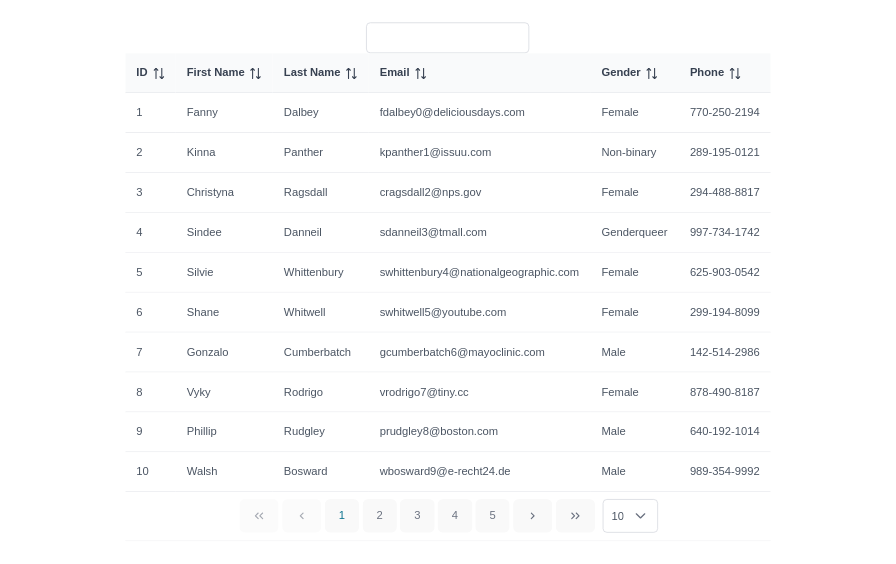
Repository: YingCG/search-sort-object
Page: / (app in filter-through-results/)
These files come from the project's save history. The page is drawn as it stood at one moment and after the next save; the edit follows.
The browser window is 1280 px wide. The pictures show the part of the page from y = 0 to 1920 px (the page is 805 px tall before and 3043 px after), at 70% of full size.
Some web fonts or font styles are not loaded; a fallback is used. The project was rebuilt for these pictures with package versions that can differ from the ones it lists, and the page was loaded fresh each time. Also part of the build but not shown: filter-through-results/vite.config.js, filter-through-results/src/SearchAnything.jsx, filter-through-results/src/SortableTable.jsx.

Above is the page before, as saved 2024-02-27 16:13:47.

### filter-through-results/src/App.jsx
import "./App.css";
import Search from "./Search.jsx";
import SearchAnything from "./SearchAnything.jsx";
import SortableTable from "./SortableTable.jsx";
import DynamicTable from "./DynamicTable.jsx";

function App() {
  return (
    <>
      {/* <Search /> */}
      {/* <SearchAnything /> */}
      <DynamicTable />
    </>
  );
}

export default App;

### filter-through-results/src/DynamicTable.jsx
import React, { useState } from "react";
import { DataTable } from "primereact/datatable";
import { Column } from "primereact/column";
import "primereact/resources/themes/lara-light-cyan/theme.css";
import "primereact/resources/primereact.min.css";
import { users } from "./data.js";
import { FilterMatchMode } from "primereact/api";
import { InputText } from "primereact/inputtext";

function DynamicTable() {
  const [filters, setFilters] = useState({
    global: { value: null, matchMode: FilterMatchMode.CONTAINS },
  });

  return (
    <div>
      <InputText
        onInput={(e) =>
          setFilters({
            ...filters,
            global: {
              value: e.target.value,
              matchMode: FilterMatchMode.CONTAINS,
            },
          })
        }
      />
      <DataTable
        value={users}
        sortMode="multiple"
        filters={filters}
        paginator
        rows={10}
        rowsPerPageOptions={[3, 5, 10]}
        totalRecords={100}
      >
        <Column field="id" header="ID" sortable />
        <Column field="first_name" header="First Name" sortable />
        <Column field="last_name" header="Last Name" sortable />
        <Column field="email" header="Email" sortable />
        <Column field="gender" header="Gender" sortable />
        <Column field="phone" header="Phone" sortable />
      </DataTable>
    </div>
  );
}

export default DynamicTable;

### filter-through-results/src/data.js
export const users = [
  {
    id: 1,
    first_name: "Fanny",
    last_name: "Dalbey",
    email: "fdalbey0@deliciousdays.com",
    gender: "Female",
    phone: "770-250-2194",
  },
  {
    id: 2,
    first_name: "Kinna",
    last_name: "Panther",
    email: "kpanther1@issuu.com",
    gender: "Non-binary",
    phone: "289-195-0121",
  },
  {
    id: 3,
    first_name: "Christyna",
    last_name: "Ragsdall",
    email: "cragsdall2@nps.gov",
    gender: "Female",
    phone: "294-488-8817",
  },
  {
    id: 4,
    first_name: "Sindee",
    last_name: "Danneil",
    email: "sdanneil3@tmall.com",
    gender: "Genderqueer",
    phone: "997-734-1742",
  },
  {
    id: 5,
    first_name: "Silvie",
    last_name: "Whittenbury",
    email: "swhittenbury4@nationalgeographic.com",
    gender: "Female",
    phone: "625-903-0542",
  },
  {
    id: 6,
    first_name: "Shane",
    last_name: "Whitwell",
    email: "swhitwell5@youtube.com",
    gender: "Female",
    phone: "299-194-8099",
  },
  {
    id: 7,
    first_name: "Gonzalo",
    last_name: "Cumberbatch",
    email: "gcumberbatch6@mayoclinic.com",
    gender: "Male",
    phone: "142-514-2986",
  },
  {
    id: 8,
    first_name: "Vyky",
    last_name: "Rodrigo",
    email: "vrodrigo7@tiny.cc",
    gender: "Female",
    phone: "878-490-8187",
  },
  {
    id: 9,
    first_name: "Phillip",
    last_name: "Rudgley",
    email: "prudgley8@boston.com",
    gender: "Male",
    phone: "640-192-1014",
  },
  {
    id: 10,
    first_name: "Walsh",
    last_name: "Bosward",
    email: "wbosward9@e-recht24.de",
    gender: "Male",
    phone: "989-354-9992",
  },
  {
    id: 11,
    first_name: "Celesta",
    last_name: "Hooke",
    email: "chookea@blogtalkradio.com",
    gender: "Female",
    phone: "758-258-3167",
  },
  {
    id: 12,
    first_name: "Chastity",
    last_name: "Daldan",
    email: "cdaldanb@yahoo.com",
    gender: "Female",
    phone: "638-591-6728",
  },
  {
    id: 13,
    first_name: "Uta",
    last_name: "Winslett",
    email: "uwinslettc@facebook.com",
    gender: "Female",
    phone: "826-428-0415",
  },
  {
    id: 14,
    first_name: "Emmanuel",
    last_name: "Wandtke",
    email: "ewandtked@si.edu",
    gender: "Male",
    phone: "130-723-5069",
  },
  {
    id: 15,
    first_name: "Kalie",
    last_name: "Sailer",
    email: "ksailere@discovery.com",
    gender: "Female",
    phone: "486-796-4669",
  },
  {
    id: 16,
    first_name: "Elaine",
    last_name: "Bullock",
    email: "ebullockf@ihg.com",
    gender: "Female",
    phone: "725-934-6776",
  },
  {
    id: 17,
    first_name: "Johnna",
    last_name: "Fulloway",
    email: "jfullowayg@sakura.ne.jp",
    gender: "Female",
    phone: "919-754-6500",
  },
  {
    id: 18,
    first_name: "Nat",
    last_name: "Bonome",
    email: "nbonomeh@icq.com",
    gender: "Female",
    phone: "231-440-6456",
  },
  {
    id: 19,
    first_name: "Ario",
    last_name: "Westgarth",
    email: "awestgarthi@skyrock.com",
    gender: "Male",
    phone: "891-458-5839",
  },
  {
    id: 20,
    first_name: "Alfonse",
    last_name: "De la Feld",
    email: "adelafeldj@huffingtonpost.com",
    gender: "Male",
    phone: "440-371-4585",
  },
  {
    id: 21,
    first_name: "Bonnee",
    last_name: "Patient",
    email: "bpatientk@webeden.co.uk",
    gender: "Genderfluid",
    phone: "586-156-4621",
  },
  {
    id: 22,
    first_name: "Lyman",
    last_name: "Leil",
    email: "lleill@istockphoto.com",
    gender: "Male",
    phone: "656-504-0654",
  },
  {
    id: 23,
    first_name: "Nerty",
    last_name: "Caddock",
    email: "ncaddockm@sciencedaily.com",
    gender: "Female",
    phone: "448-751-4934",
  },
  {
    id: 24,
    first_name: "Tisha",
    last_name: "Cromb",
    email: "tcrombn@google.com",
    gender: "Female",
    phone: "551-830-4525",
  },
  {
    id: 25,
    first_name: "Inez",
    last_name: "Wormleighton",
    email: "iwormleightono@bloglines.com",
    gender: "Female",
    phone: "294-173-1763",
  },
  {
    id: 26,
    first_name: "Hasheem",
    last_name: "Wattam",
    email: "hwattamp@dion.ne.jp",
    gender: "Male",
    phone: "792-379-8765",
  },
  {
    id: 27,
    first_name: "Maude",
    last_name: "Odhams",
    email: "modhamsq@phoca.cz",
    gender: "Female",
    phone: "512-961-8434",
  },
  {
    id: 28,
    first_name: "Sandro",
    last_name: "Geke",
    email: "sgeker@desdev.cn",
    gender: "Male",
    phone: "662-477-5975",
  },
  {
    id: 29,
    first_name: "Rori",
    last_name: "Henighan",
    email: "rhenighans@yelp.com",
    gender: "Female",
    phone: "214-980-7565",
  },
  {
    id: 30,
    first_name: "Faber",
    last_name: "Rutherfoord",
    email: "frutherfoordt@aol.com",
    gender: "Male",
    phone: "468-267-0282",
  },
  {
    id: 31,
    first_name: "Nowell",
    last_name: "Budcock",
    email: "nbudcocku@weibo.com",
    gender: "Male",
    phone: "867-404-1257",
  },
  {
    id: 32,
    first_name: "Elsbeth",
    last_name: "Moraleda",
    email: "emoraledav@squidoo.com",
    gender: "Female",
    phone: "516-494-9686",
  },
  {
    id: 33,
    first_name: "Norton",
    last_name: "Farge",
    email: "nfargew@163.com",
    gender: "Male",
    phone: "994-361-6463",
  },
  {
    id: 34,
    first_name: "Tedman",
    last_name: "Gavaran",
    email: "tgavaranx@naver.com",
    gender: "Male",
    phone: "133-342-5580",
  },
  {
    id: 35,
    first_name: "Bibby",
    last_name: "Conelly",
    email: "bconellyy@umn.edu",
    gender: "Genderfluid",
    phone: "209-528-0078",
  },
  {
    id: 36,
    first_name: "Lyn",
    last_name: "Manketell",
    email: "lmanketellz@harvard.edu",
    gender: "Female",
    phone: "421-288-9548",
  },
  {
    id: 37,
    first_name: "Ody",
    last_name: "Heiton",
    email: "oheiton10@telegraph.co.uk",
    gender: "Male",
    phone: "927-607-7477",
  },
  {
    id: 38,
    first_name: "Ode",
    last_name: "Jansen",
    email: "ojansen11@purevolume.com",
    gender: "Male",
    phone: "946-773-7904",
  },
  {
    id: 39,
    first_name: "Annecorinne",
    last_name: "Durrant",
    email: "adurrant12@qq.com",
    gender: "Female",
    phone: "855-309-6815",
  },
  {
    id: 40,
    first_name: "Andreana",
    last_name: "Summons",
    email: "asummons13@miibeian.gov.cn",
    gender: "Female",
    phone: "209-261-6317",
  },
  {
    id: 41,
    first_name: "Blinnie",
    last_name: "Carff",
    email: "bcarff14@tinyurl.com",
    gender: "Female",
    phone: "886-837-7862",
  },
  {
    id: 42,
    first_name: "Candi",
    last_name: "Isack",
    email: "cisack15@google.it",
    gender: "Female",
    phone: "149-445-7411",
  },
  {
    id: 43,
    first_name: "Sibbie",
    last_name: "Artrick",
    email: "sartrick16@cbc.ca",
    gender: "Female",
    phone: "877-264-2663",
  },
  {
    id: 44,
    first_name: "Kelsi",
    last_name: "Pigram",
    email: "kpigram17@nyu.edu",
    gender: "Female",
    phone: "723-403-2426",
  },
  {
    id: 45,
    first_name: "Rafi",
    last_name: "Zimmerman",
    email: "rzimmerman18@vistaprint.com",
    gender: "Male",
    phone: "663-709-9949",
  },
  {
    id: 46,
    first_name: "Broderick",
    last_name: "Bohlsen",
    email: "bbohlsen19@craigslist.org",
    gender: "Male",
    phone: "151-211-3292",
  },
  {
    id: 47,
    first_name: "Kynthia",
    last_name: "Parell",
    email: "kparell1a@shutterfly.com",
    gender: "Female",
    phone: "896-751-4011",
  },
  {
    id: 48,
    first_name: "Reyna",
    last_name: "Smaridge",
    email: "rsmaridge1b@4shared.com",
    gender: "Female",
    phone: "984-184-2419",
  },
  {
    id: 49,
    first_name: "Vic",
    last_name: "Lempke",
    email: "vlempke1c@prweb.com",
    gender: "Male",
    phone: "352-819-0540",
  },
  {
    id: 50,
    first_name: "Gerri",
    last_name: "Radcliffe",
    email: "gradcliffe1d@dailymotion.com",
    gender: "Female",
    phone: "150-689-9235",
  },
  {
    id: 51,
    first_name: "Guillaume",
    last_name: "Dolphin",
    email: "gdolphin1e@xinhuanet.com",
    gender: "Male",
    phone: "671-247-9911",
  },
  {
    id: 52,
    first_name: "Charlie",
    last_name: "Vasyunichev",
    email: "cvasyunichev1f@shinystat.com",
    gender: "Male",
    phone: "260-795-4218",
  },
  {
    id: 53,
    first_name: "Edd",
    last_name: "Cristou",
    email: "ecristou1g@live.com",
    gender: "Male",
    phone: "130-169-1701",
  },
  {
    id: 54,
    first_name: "Dew",
    last_name: "Pandie",
    email: "dpandie1h@dagondesign.com",
    gender: "Male",
    phone: "392-826-8464",
  },
  {
    id: 55,
    first_name: "Joya",
    last_name: "Cranton",
    email: "jcranton1i@hud.gov",
    gender: "Female",
    phone: "147-262-8119",
  },
  {
    id: 56,
    first_name: "Avivah",
    last_name: "Lacroux",
    email: "alacroux1j@wufoo.com",
    gender: "Female",
    phone: "872-871-1147",
  },
  {
    id: 57,
    first_name: "Beverley",
    last_name: "Normanell",
    email: "bnormanell1k@bluehost.com",
    gender: "Female",
    phone: "716-903-4198",
  },
  {
    id: 58,
    first_name: "Wynne",
    last_name: "Thickpenny",
    email: "wthickpenny1l@cnbc.com",
    gender: "Female",
    phone: "494-389-0992",
  },
  {
    id: 59,
    first_name: "Panchito",
    last_name: "Teall",
    email: "pteall1m@nhs.uk",
    gender: "Male",
    phone: "809-227-3642",
  },
  {
    id: 60,
    first_name: "Ellwood",
    last_name: "Kupisz",
    email: "ekupisz1n@trellian.com",
    gender: "Male",
    phone: "617-415-6331",
  },
  {
    id: 61,
    first_name: "Waldemar",
    last_name: "Watkin",
    email: "wwatkin1o@wordpress.org",
    gender: "Male",
    phone: "849-442-9850",
  },
  {
    id: 62,
    first_name: "Sophey",
    last_name: "Nani",
    email: "snani1p@friendfeed.com",
    gender: "Female",
    phone: "163-154-4544",
  },
  {
    id: 63,
    first_name: "Elton",
    last_name: "Guitt",
    email: "eguitt1q@salon.com",
    gender: "Male",
    phone: "973-462-7303",
  },
  {
    id: 64,
    first_name: "Laurella",
    last_name: "Adamovsky",
    email: "ladamovsky1r@elpais.com",
    gender: "Female",
    phone: "772-338-4733",
  },
  {
    id: 65,
    first_name: "Gale",
    last_name: "Kopelman",
    email: "gkopelman1s@cdc.gov",
    gender: "Female",
    phone: "840-597-2844",
  },
  {
    id: 66,
    first_name: "Datha",
    last_name: "Roach",
    email: "droach1t@live.com",
    gender: "Bigender",
    phone: "439-950-0317",
  },
  {
    id: 67,
    first_name: "Marijn",
    last_name: "Stonhard",
    email: "mstonhard1u@google.pl",
    gender: "Male",
    phone: "754-819-1205",
  },
  {
    id: 68,
    first_name: "Nicky",
    last_name: "Boar",
    email: "nboar1v@toplist.cz",
    gender: "Male",
    phone: "228-612-2358",
  },
  {
    id: 69,
    first_name: "Dollie",
    last_name: "Bettenay",
    email: "dbettenay1w@timesonline.co.uk",
    gender: "Genderqueer",
    phone: "406-472-4662",
  },
  {
    id: 70,
    first_name: "Alexine",
    last_name: "Myderscough",
    email: "amyderscough1x@mac.com",
    gender: "Female",
    phone: "414-721-0547",
  },
  {
    id: 71,
    first_name: "Kev",
    last_name: "Hassett",
    email: "khassett1y@abc.net.au",
    gender: "Non-binary",
    phone: "449-710-4439",
  },
  {
    id: 72,
    first_name: "Ermin",
    last_name: "Hearne",
    email: "ehearne1z@bloomberg.com",
    gender: "Male",
    phone: "905-421-4773",
  },
  {
    id: 73,
    first_name: "Gerick",
    last_name: "Reeks",
    email: "greeks20@alexa.com",
    gender: "Male",
    phone: "606-416-5596",
  },
  {
    id: 74,
    first_name: "Christina",
    last_name: "Clousley",
    email: "cclousley21@bluehost.com",
    gender: "Female",
    phone: "201-537-6638",
  },
  {
    id: 75,
    first_name: "Therine",
    last_name: "Niland",
    email: "tniland22@shop-pro.jp",
    gender: "Female",
    phone: "478-268-2170",
  },
  {
    id: 76,
    first_name: "Starlin",
    last_name: "Stronack",
    email: "sstronack23@1und1.de",
    gender: "Female",
    phone: "140-239-8189",
  },
  {
    id: 77,
    first_name: "Beverie",
    last_name: "Fines",
    email: "bfines24@ted.com",
    gender: "Female",
    phone: "470-636-2435",
  },
  {
    id: 78,
    first_name: "Kirbee",
    last_name: "Gigg",
    email: "kgigg25@timesonline.co.uk",
    gender: "Female",
    phone: "776-471-4914",
  },
  {
    id: 79,
    first_name: "Bord",
    last_name: "Folini",
    email: "bfolini26@npr.org",
    gender: "Genderfluid",
    phone: "560-980-2217",
  },
  {
    id: 80,
    first_name: "Joyce",
    last_name: "Joris",
    email: "jjoris27@altervista.org",
    gender: "Female",
    phone: "915-535-2329",
  },
  {
    id: 81,
    first_name: "Laverne",
    last_name: "Wherton",
    email: "lwherton28@weibo.com",
    gender: "Female",
    phone: "591-205-5053",
  },
  {
    id: 82,
    first_name: "Dewie",
    last_name: "Carden",
    email: "dcarden29@mediafire.com",
    gender: "Male",
    phone: "821-350-4892",
  },
  {
    id: 83,
    first_name: "Lotta",
    last_name: "Gillitt",
    email: "lgillitt2a@cnet.com",
    gender: "Female",
    phone: "374-180-7029",
  },
  {
    id: 84,
    first_name: "Johannah",
    last_name: "Turle",
    email: "jturle2b@jigsy.com",
    gender: "Genderqueer",
    phone: "767-706-9894",
  },
  {
    id: 85,
    first_name: "May",
    last_name: "Vynehall",
    email: "mvynehall2c@gmpg.org",
    gender: "Female",
    phone: "235-743-1737",
  },
  {
    id: 86,
    first_name: "Jenine",
    last_name: "Treby",
    email: "jtreby2d@phoca.cz",
    gender: "Female",
    phone: "116-531-3535",
  },
  {
    id: 87,
    first_name: "Angus",
    last_name: "Gerkens",
    email: "agerkens2e@cocolog-nifty.com",
    gender: "Male",
    phone: "582-611-6578",
  },
  {
    id: 88,
    first_name: "Crosby",
    last_name: "Mityushkin",
    email: "cmityushkin2f@hostgator.com",
    gender: "Male",
    phone: "334-617-1276",
  },
  {
    id: 89,
    first_name: "Manda",
    last_name: "Mellenby",
    email: "mmellenby2g@nih.gov",
    gender: "Female",
    phone: "646-665-5394",
  },
  {
    id: 90,
    first_name: "Elmira",
    last_name: "Smithyman",
    email: "esmithyman2h@privacy.gov.au",
    gender: "Female",
    phone: "504-868-6292",
  },
  {
    id: 91,
    first_name: "Dominick",
    last_name: "Doogan",
    email: "ddoogan2i@wordpress.org",
    gender: "Polygender",
    phone: "528-601-7755",
  },
  {
    id: 92,
    first_name: "Reid",
    last_name: "Kach",
    email: "rkach2j@google.es",
    gender: "Male",
    phone: "826-417-3298",
  },
  {
    id: 93,
    first_name: "Giles",
    last_name: "Ludovico",
    email: "gludovico2k@google.es",
    gender: "Male",
    phone: "556-756-8251",
  },
  {
    id: 94,
    first_name: "Pammie",
    last_name: "Botterill",
    email: "pbotterill2l@dagondesign.com",
    gender: "Female",
    phone: "520-813-6138",
  },
  {
    id: 95,
    first_name: "Steffie",
    last_name: "Storrah",
    email: "sstorrah2m@gizmodo.com",
    gender: "Female",
    phone: "670-845-8034",
  },
  {
    id: 96,
    first_name: "Wandie",
    last_name: "Keggins",
    email: "wkeggins2n@utexas.edu",
    gender: "Female",
    phone: "870-950-2640",
  },
  {
    id: 97,
    first_name: "Belinda",
    last_name: "Kier",
    email: "bkier2o@indiegogo.com",
    gender: "Polygender",
    phone: "641-241-3425",
  },
  {
    id: 98,
    first_name: "Joanna",
    last_name: "Pickerell",
    email: "jpickerell2p@ehow.com",
    gender: "Female",
    phone: "742-629-9125",
  },
  {
    id: 99,
    first_name: "Lolly",
    last_name: "Jutson",
    email: "ljutson2q@vistaprint.com",
    gender: "Female",
    phone: "354-823-1156",
  },
  {
    id: 100,
    first_name: "Alyda",
    last_name: "Paulisch",
    email: "apaulisch2r@sogou.com",
    gender: "Genderfluid",
    phone: "678-513-7927",
  },
];

### filter-through-results/src/Search.jsx
import "./App.css";
import { users } from "./data.js";
import { useState } from "react";

function Search() {
  // console.log(users);
  const [search, setSearch] = useState("");
  console.log(search);

  return (
    <>
      <div className="App">
        <h1>Students Contact</h1>
        <form>
          <input
            placeholder="Search Contacts"
            onChange={(e) => setSearch(e.target.value)}
          />
        </form>
        <table>
          <thead>
            <tr>
              <th>ID</th>
              <th>First Name</th>
              <th>Last Name</th>
              <th>Email</th>
              <th>Gender</th>
              <th>Phone</th>
            </tr>
          </thead>
          <tbody>
            {users
              .filter((user) => {
                return search.toLowerCase() === ""
                  ? user
                  : user.first_name.toLowerCase().includes(search);
              })
              .map((user) => (
                <tr key={user.id}>
                  <td>{user.id}</td>
                  <td>{user.first_name}</td>
                  <td>{user.last_name}</td>
                  <td>{user.email}</td>
                  <td>{user.gender}</td>
                  <td>{user.phone}</td>
                </tr>
              ))}
          </tbody>
        </table>
      </div>
    </>
  );
}

export default Search;

Loaded but not shown: filter-through-results/index.html (common file); filter-through-results/src/main.jsx (common file); filter-through-results/src/index.css (common file); filter-through-results/src/App.css (common file)

After the next save:
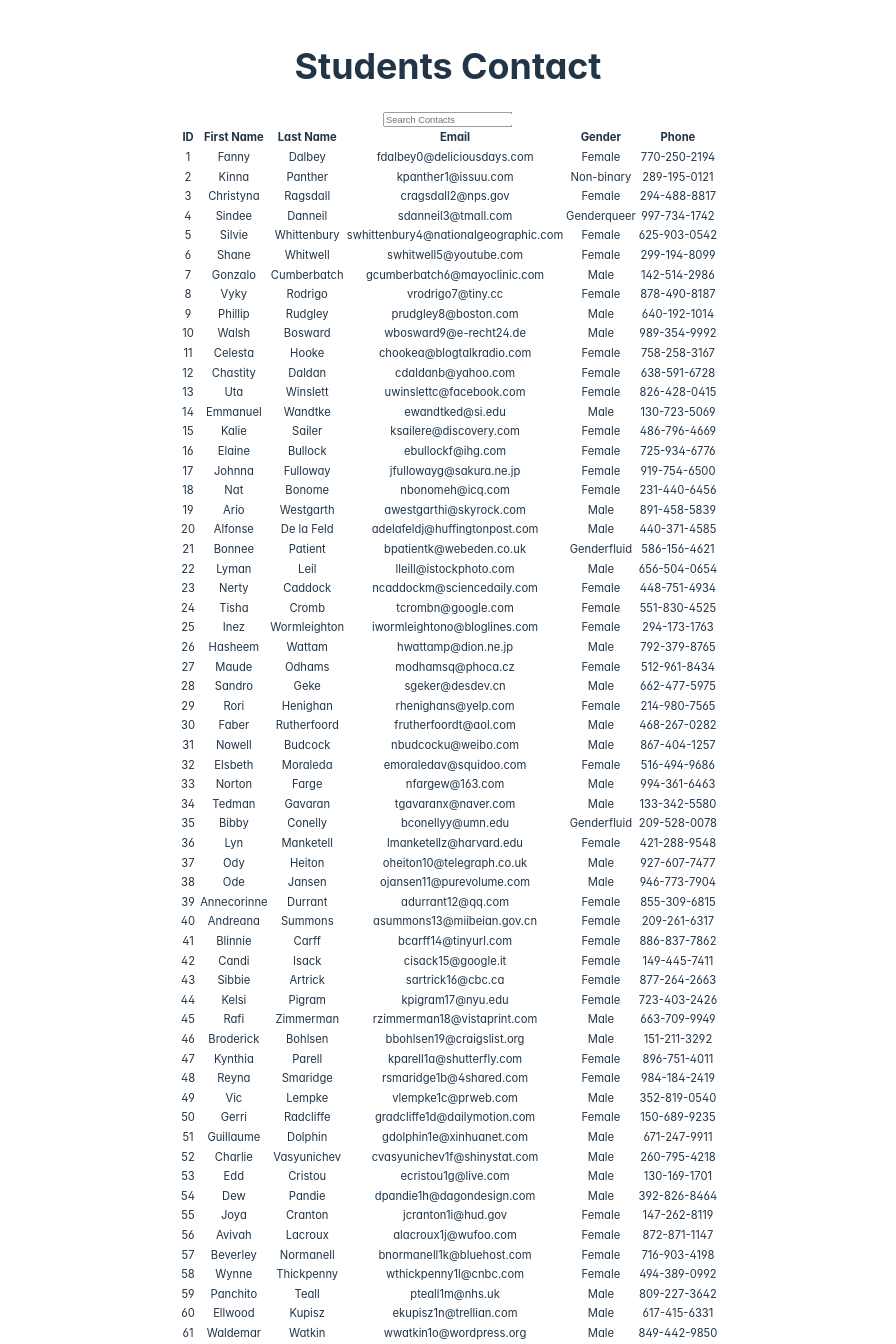
Saved 18 h 17 min later.
--- a/filter-through-results/src/App.jsx
+++ b/filter-through-results/src/App.jsx
@@ -7,9 +7,9 @@ import DynamicTable from "./DynamicTable.jsx";
 function App() {
   return (
     <>
-      {/* <Search /> */}
+      <Search />
       {/* <SearchAnything /> */}
-      <DynamicTable />
+      {/* <DynamicTable /> */}
     </>
   );
 }
